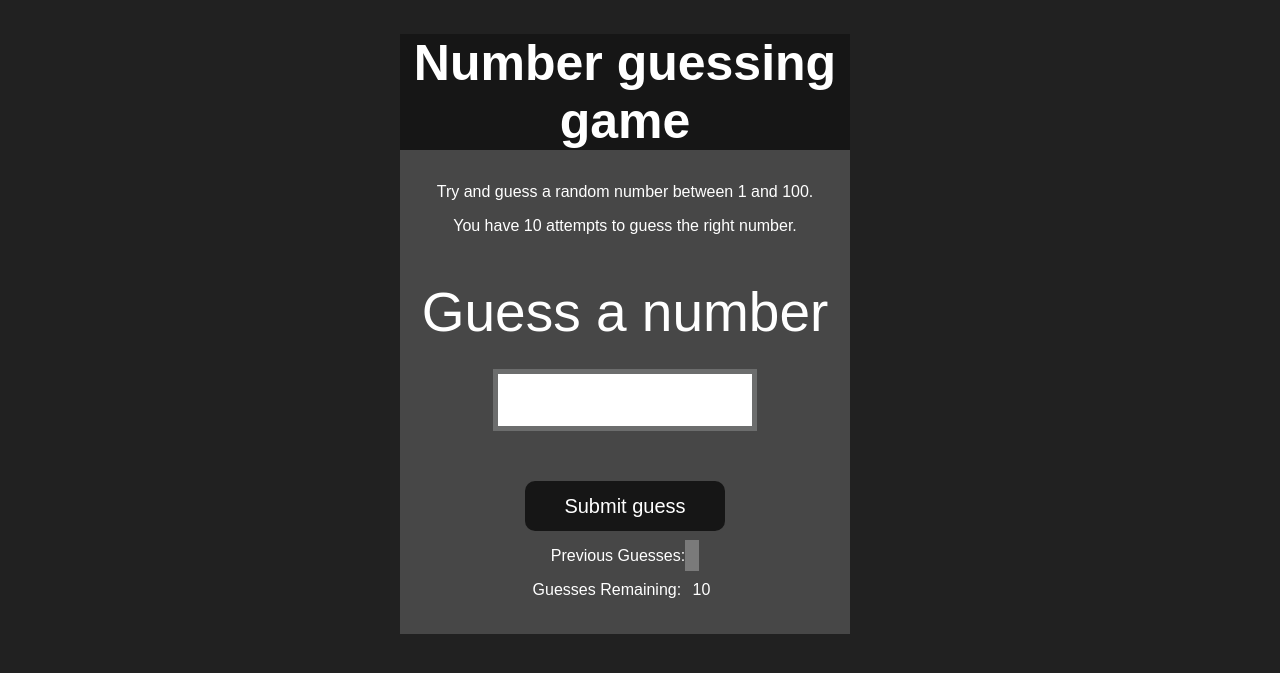
Repository: Chiranshukapil/Mini-project
Page: index.html
An editor plug-in stored every save of this project. The page is shown before and after the next save, followed by the edit.
The browser window is 1280 px wide. The pictures show the whole page.

Above is the page before, as saved 2024-06-24 01:26:13.
Not found: styles.css

### index.html
<!DOCTYPE html>
<html lang="en">
<head>
    <meta charset="UTF-8">
    <meta name="viewport" content="width=device-width, initial-scale=1.0">
    <meta http-equiv="X-UA-Compatible" content="ie=edge">
    <title>Number Guessing Game</title>
    <link rel="stylesheet" href="style.css">
    <link rel="stylesheet" href="../styles.css">
</head>
<body style="background-color:#212121; color:#fff;">
  <!-- <nav>
    <a href="/" aria-current="page">Home</a>
    <a target="_blank" href="https://www.youtube.com/@chaiaurcode"
      >Youtube channel</a
    >
  </nav> -->

    <div id="wrapper">
      <h1>Number guessing game</h1>
    <p>Try and guess a random number between 1 and 100.</p>
    <p>You have 10 attempts to guess the right number.</p>
    </br>
        <form class="form">
            <label for="guessField" id="guess">Guess a number</label>
            <input type="text" id="guessField" class="guessField">
            <input type="submit" id="subt" value="Submit guess" class="guessSubmit">
        </form>

        <div class="resultParas">
            <p >Previous Guesses: <span class="guesses"></span></p>
            <p >Guesses Remaining: <span class="lastResult">10</span></p>
            <p class="lowOrHi"></p>
        </div>
    </div>
    <script src="script.js"></script>
</body>
</html>

### style.css
html {
    font-family: sans-serif;
}

body {
    width: 300px;
    max-width: 750px;
    min-width: 480px;
    margin: 0 auto;
    background-color: #212121;
}

.lastResult {
    color: white;
    padding: 7px;
}

.guesses {
    color: white;
    padding: 7px;
}

button {
    background-color: #141414;
    color: #fff;
    width: 250px;
    height: 50px;
    border-radius: 25px;
    font-size: 30px;
    border-style: none;
    margin-top: 30px;
    /* margin-left: 50px; */
}

#subt {
    background-color: #161616;
    color: #ffffff;
    width: 200px;
    height: 50px;
    border-radius: 10px;
    font-size: 20px;
    border-style: none;
    margin-top: 50px;
    /* margin-left: 75px; */
}

#guessField {
    color: #000;
    width: 250px;
    height: 50px;
    font-size: 30px;
    border-style: none;
    margin-top: 25px;

    /* margin-left: 50px; */
    border: 5px solid #6c6d6d;
    text-align: center;
}

#guess {
    font-size: 55px;
    /* margin-left: 90px; */
    margin-top: 120px;
    color: #fff;
}

.guesses {
    background-color: #7a7a7a;
}

#wrapper {
    box-sizing: border-box;
    text-align: center;
    width: 450px;
    height: 600px;
    background-color: #474747;
    color: #fff;
    font-size: 25px;
}

h1 {
    background-color: #161616;

    color: #fff;
    text-align: center;
}

p {
    font-size: 16px;
    text-align: center;
}

### script.js
let randomnumber = parseInt(Math.random()*100 + 1)

const submit = document.querySelector('#subt')
const userinput = document.querySelector('#guessField')
const guessslot = document.querySelector('.guesses')
const remaining = document.querySelector('.lastResult')
const loworhi = document.querySelector('.lowOrHi')
const startover = document.querySelector('.resultParas')

const p = document.createElement('p')

let Prevguesses = []
let numguesses = 1

let playgame = true

if(playgame){
    submit.addEventListener('click', function(e){
        e.preventDefault()
        const guess = parseInt(userinput.value)
        validateguess(guess)
    })
}
function validateguess(guess){
    if(isNaN(guess)){
        alert('Please enter a valid number')
    }
    else if(guess<1){
        alert("Please enter number greater than 0")
    }else if(guess>100){
        alert('Please enter a number less than 100')
    }else{
        Prevguesses.push(guess)
        if(numguesses===11){
            displayguess(guess)
            displaymessage(`Game Over. Random number was ${randomnumber}`)
            endgame()
        }else{
            displayguess(guess)
            checkGuess(guess)
        }
    }

}

function checkGuess(guess){
    if(guess===randomnumber){
        displaymessage("You Guessed it right")
        endgame()
    }else if(guess<randomnumber){
        displaymessage("Your guess is tooooooooo low")
    }else if(guess>randomnumber){
        displaymessage("Your guess is tooooooooo high")
    }
}

function displayguess(guess){
    userinput.value=''
    guessslot.innerHTML += `${guess}, `
    numguesses++
    remaining.innerHTML = `${11-numguesses}`
}

function displaymessage(message){
    loworhi.innerHTML = `<h2>${message}</h2>`
}

function endgame(){
    userinput.value = ''
    userinput.setAttribute('disabled','')
    p.classList.add('button')
    p.innerHTML = '<h2 id="newGame">Start new game</h2>'
    startover.appendChild(p)
    playgame = false
    newgame()
}

function newgame(){
    const newgame = document.querySelector('#newGame')
    newgame.addEventListener('click', function(e){
        randomnumber = parseInt(Math.random()*100 + 1)
        Prevguesses = []
        numguesses = 1
        guessslot.innerHTML = ''
        playgame = true
    })
}

After the next save:
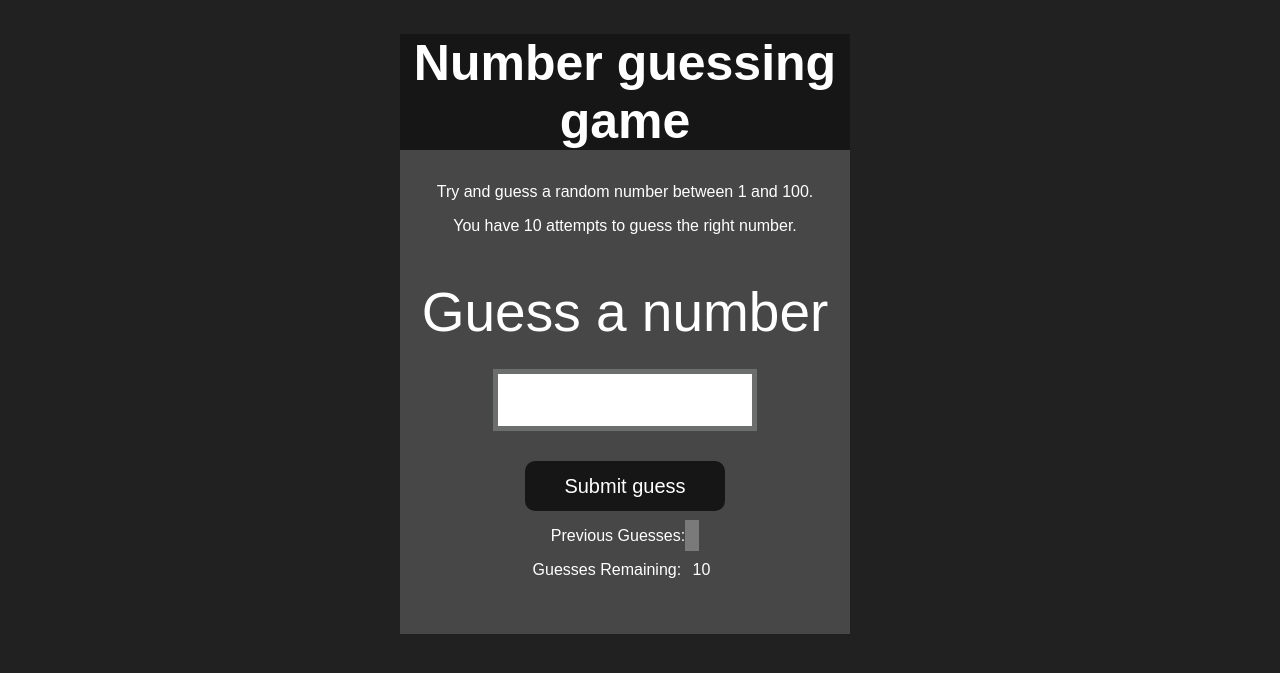
Saved 52 s later.
--- a/style.css
+++ b/style.css
@@ -40,7 +40,7 @@ button {
     border-radius: 10px;
     font-size: 20px;
     border-style: none;
-    margin-top: 50px;
+    margin-top: 30px;
     /* margin-left: 75px; */
 }
 
